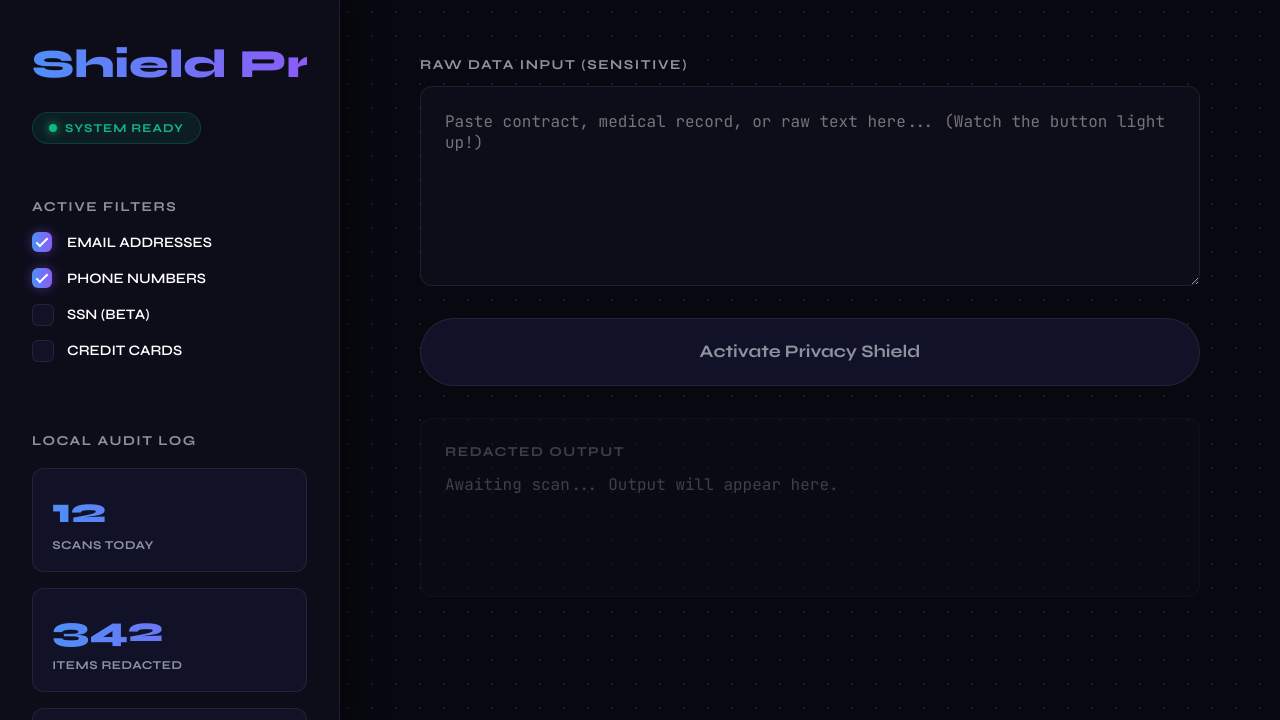
Repository: rrslt6d3/aditya-privacy-shield
Page: /
An editor plug-in stored every save of this project. The page is shown before and after the next save, followed by the edit.
The browser window is 1280 px wide. The pictures show the whole page.
An inner scrolling area shows only its first screen. The project was rebuilt for these pictures with package versions that can differ from the ones it lists, and the page was loaded fresh each time. Also part of the build but not shown: vite.config.ts.

Above is the page before, as saved 2026-02-22 17:46:48.

After the next save:
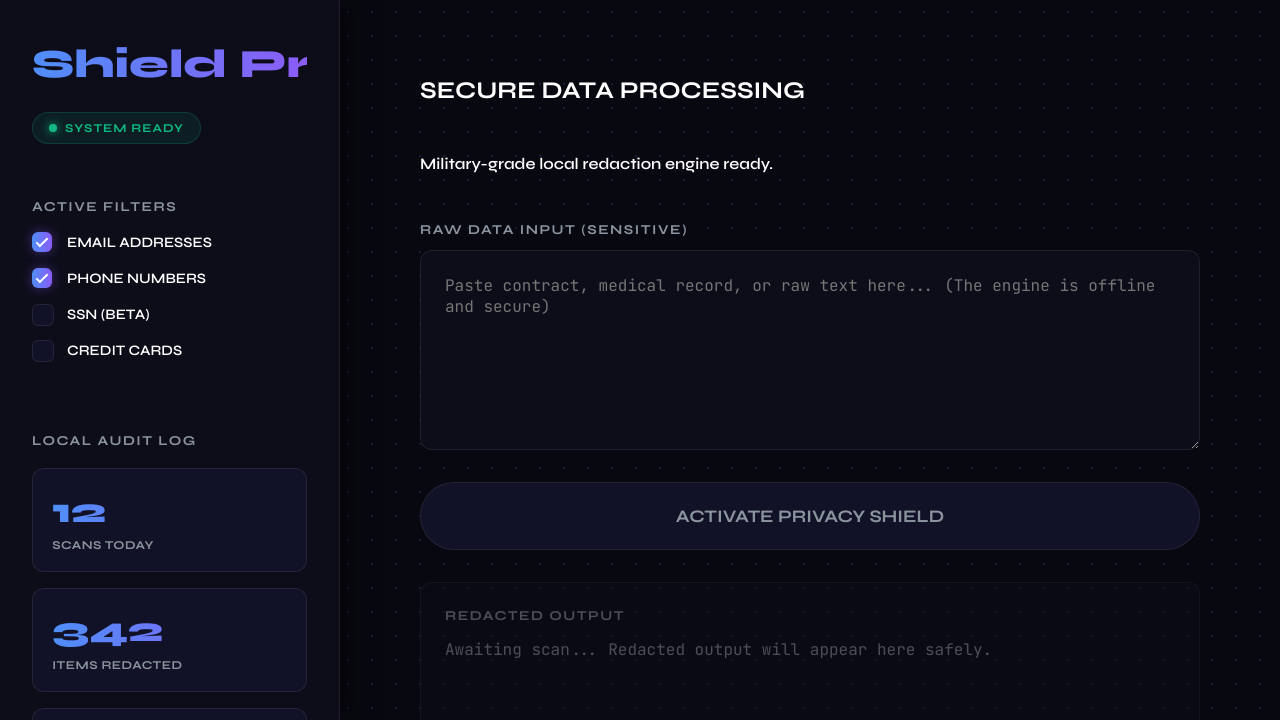
Saved 53 min 46 s later.
--- a/src/App.tsx
+++ b/src/App.tsx
@@ -13,9 +13,9 @@
     if (this.state.hasError) {
       return (
         <div className="enterprise-layout" style={{ justifyContent: 'center', alignItems: 'center' }}>
-          <div className="panel" style={{ textAlign: 'center', padding: '3rem' }}>
-            <h2>System Recovering... 🛡️</h2>
-            <button className="glow-button" onClick={() => this.setState({ hasError: false })}>Reboot Engine</button>
+          <div className="panel" style={{ textAlign: 'center', padding: '3rem', background: 'rgba(255,0,0,0.1)', border: '1px solid red' }}>
+            <h2 style={{color: 'red'}}>System Critical Error</h2>
+            <button className="glow-button" onClick={() => this.setState({ hasError: false })} style={{background: 'red'}}>Reboot Engine</button>
           </div>
         </div>
       );
@@ -50,7 +50,7 @@
       .map(b => b.toString(16).padStart(2, '0')).join('');
 
     doc.setFontSize(22);
-    doc.setTextColor(79, 142, 247);
+    doc.setTextColor(0, 85, 255); // Deep Electric Blue
     doc.text("COMPLIANCE AUDIT CERTIFICATE", 20, 30);
 
     doc.setFontSize(12);
@@ -58,7 +58,7 @@
     doc.text(`Timestamp: ${currentDate}`, 20, 45);
     doc.text("System: Shield Pro (Zero-Trust Local Engine)", 20, 52);
 
-    doc.setTextColor(255, 255, 255);
+    doc.setTextColor(0, 0, 0);
     doc.setFontSize(14);
     doc.text("Certification Statement:", 20, 70);
 
@@ -69,7 +69,7 @@
     doc.text("GDPR and HIPAA Safe Harbor standards.", 20, 101);
 
     doc.setFontSize(12);
-    doc.setTextColor(100, 100, 100);
+    doc.setTextColor(0, 0, 0);
     doc.text("Cryptographic Hash (SHA-256 Checksum):", 20, 125);
 
     doc.setFontSize(9);
@@ -84,7 +84,7 @@
 
     setIsScanning(true);
     setSecureText("");
-    setStatus("SCANNING...");
+    setStatus("SCANNING DATA...");
 
     try {
       const result = await invoke<string>("sanitize_text", { input: text });
@@ -92,11 +92,11 @@
       setStatus("SYSTEM READY");
       setMetrics(prev => ({
         files: prev.files + 1,
-        points: prev.points + Math.floor(Math.random() * 5) + 1,
+        points: prev.points + Math.floor(Math.random() * 15) + 5,
         accuracy: 99.9
       }));
     } catch (error: any) {
-      setStatus("ERROR INTERCEPTED");
+      setStatus("ENGINE ERROR");
       setSecureText(`Error intercepted: ${String(error)}.`);
     } finally {
       setIsScanning(false);
@@ -157,11 +157,16 @@
       </aside>
 
       <main className="main-workspace">
-        <div className="panel">
+        <div className="panel intro-panel">
+          <h2 className="panel-title">SECURE DATA PROCESSING</h2>
+          <p className="panel-subtitle">Military-grade local redaction engine ready.</p>
+        </div>
+
+        <div className="panel input-panel">
           <label className="section-label">RAW DATA INPUT (SENSITIVE)</label>
           <textarea
             className="code-font"
-            placeholder="Paste contract, medical record, or raw text here... (Watch the button light up!)"
+            placeholder="Paste contract, medical record, or raw text here... (The engine is offline and secure)"
             value={text}
             onChange={(e) => setText(e.target.value)}
             disabled={isScanning}
@@ -173,28 +178,26 @@
           className={`glow-button ${isScanning ? 'scanning' : ''}`}
           disabled={isScanning || !text.trim()}
         >
-          {isScanning ? `ENCRYPTING DATA...` : "Activate Privacy Shield"}
+          {isScanning ? `ENCRYPTING DATA...` : "ACTIVATE PRIVACY SHIELD"}
         </button>
 
-        <div className="panel result-panel fade-in" style={{ opacity: secureText ? 1 : 0.4 }}>
+        <div className="panel result-panel fade-in" style={{ opacity: secureText ? 1 : 0.5, pointerEvents: secureText ? 'all' : 'none' }}>
           <label className="section-label">REDACTED OUTPUT</label>
           <div className="output code-font">
-            {secureText || "Awaiting scan... Output will appear here."}
-          </div>
-
-          {secureText && (
-            <div className="action-row">
-              <span className="success-text">✓ Data Secured Locally</span>
-              <div className="button-group">
-                <button className="secondary-button" onClick={() => navigator.clipboard.writeText(secureText)}>
-                  Copy Safe Text
-                </button>
-                <button onClick={generateCompliancePDF} className="secondary-button pdf-button">
-                  Download PDF
-                </button>
-              </div>
+            {secureText || "Awaiting scan... Redacted output will appear here safely."}
+          </div>
+
+          <div className="action-row" style={{ visibility: secureText ? 'visible' : 'hidden' }}>
+            <span className="success-text">✓ Data Secured Locally</span>
+            <div className="button-group">
+              <button className="secondary-button" onClick={() => navigator.clipboard.writeText(secureText)}>
+                Copy Safe Text
+              </button>
+              <button onClick={generateCompliancePDF} className="secondary-button pdf-button">
+                Download PDF Cert
+              </button>
             </div>
-          )}
+          </div>
         </div>
       </main>
     </div>
